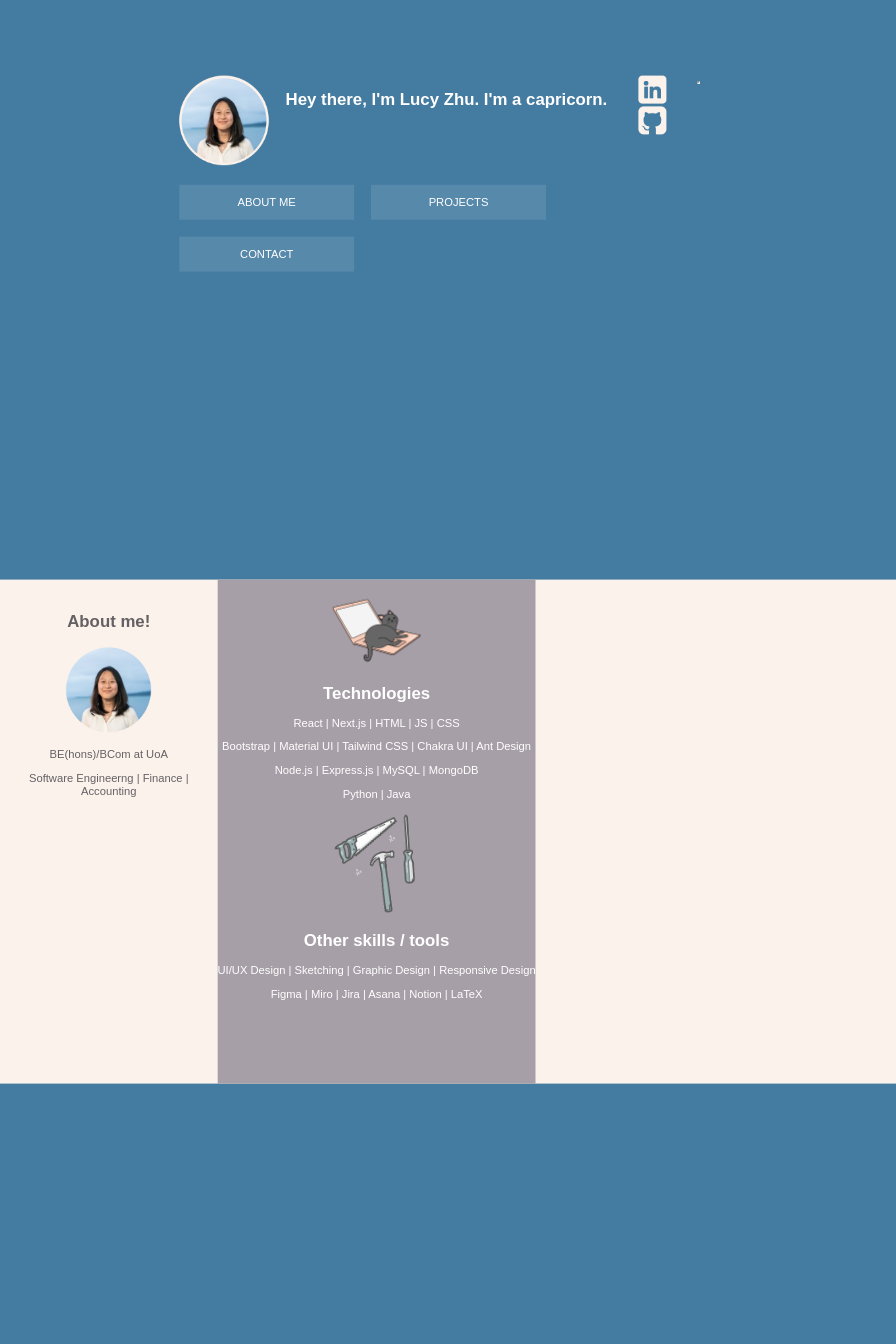
Repository: lukisoo/lukisoo-portfolio
Page: /
These files come from the project's save history. The page is drawn as it stood at one moment and after the next save; the edit follows.
The browser window is 1280 px wide. The pictures show the part of the page from y = 0 to 1920 px (the page is 2988 px tall), at 70% of full size.
The project was rebuilt for these pictures with package versions that can differ from the ones it lists, and the page was loaded fresh each time.

Above is the page before, as saved 2022-07-31 07:13:51.

After the next save:
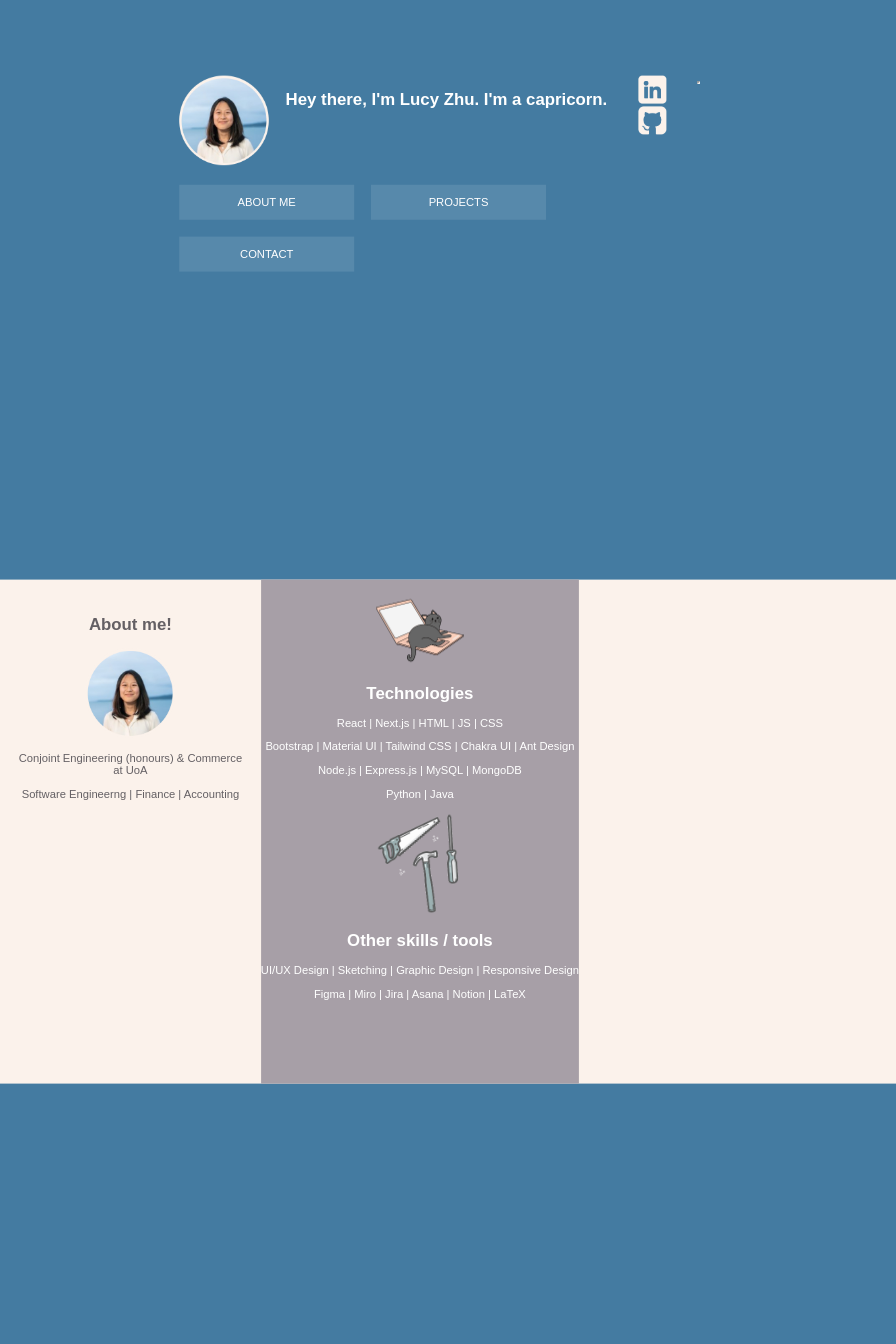
Saved 28 s later.
--- a/src/App.js
+++ b/src/App.js
@@ -89,7 +89,7 @@ function App() {
                     className="profile-photo"
                     alt="Profile Photo"
                   />
-                  <p>BE(hons)/BCom at UoA</p>
+                  <p>Conjoint Engineering (honours) & Commerce at UoA</p>
                   <p>Software Engineerng | Finance | Accounting</p>
                 </div>
               </div>
